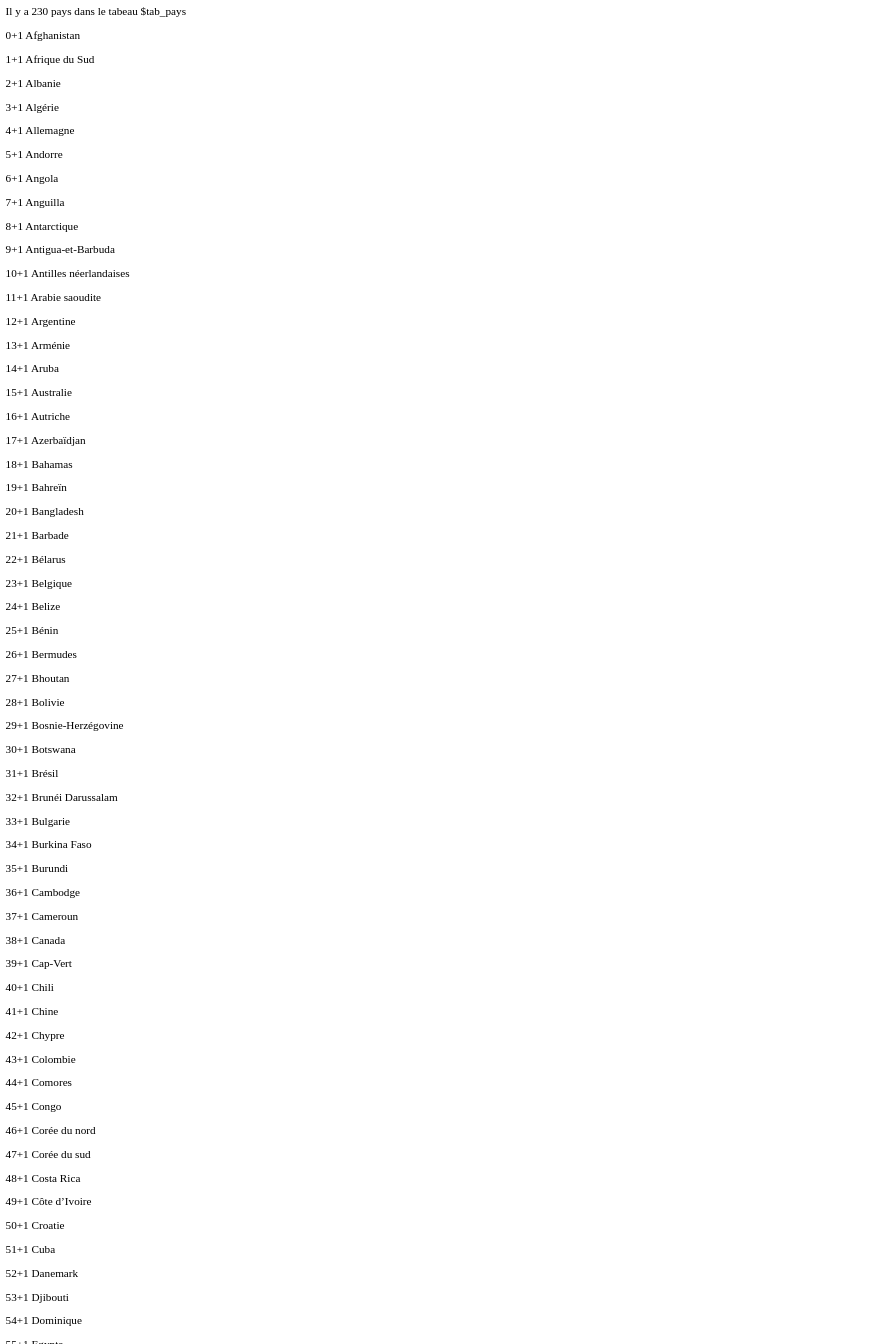
Repository: WebDevCF2m2021/base-php-2021
Page: http://localhost/07-for-sur-tableau.php
The author's editor kept a copy of each file at every save. The page is drawn from the files as they stood at one save, then again after the next save.
The browser window is 1280 px wide. The pictures show the part of the page from y = 0 to 1920 px (the page is 7862 px tall), at 70% of full size.
The page is run by PHP 8.4 with error messages shown; the project is at /var/www/html/.

Above is the page before, as saved 2021-07-07 12:09:19.

After the next save:
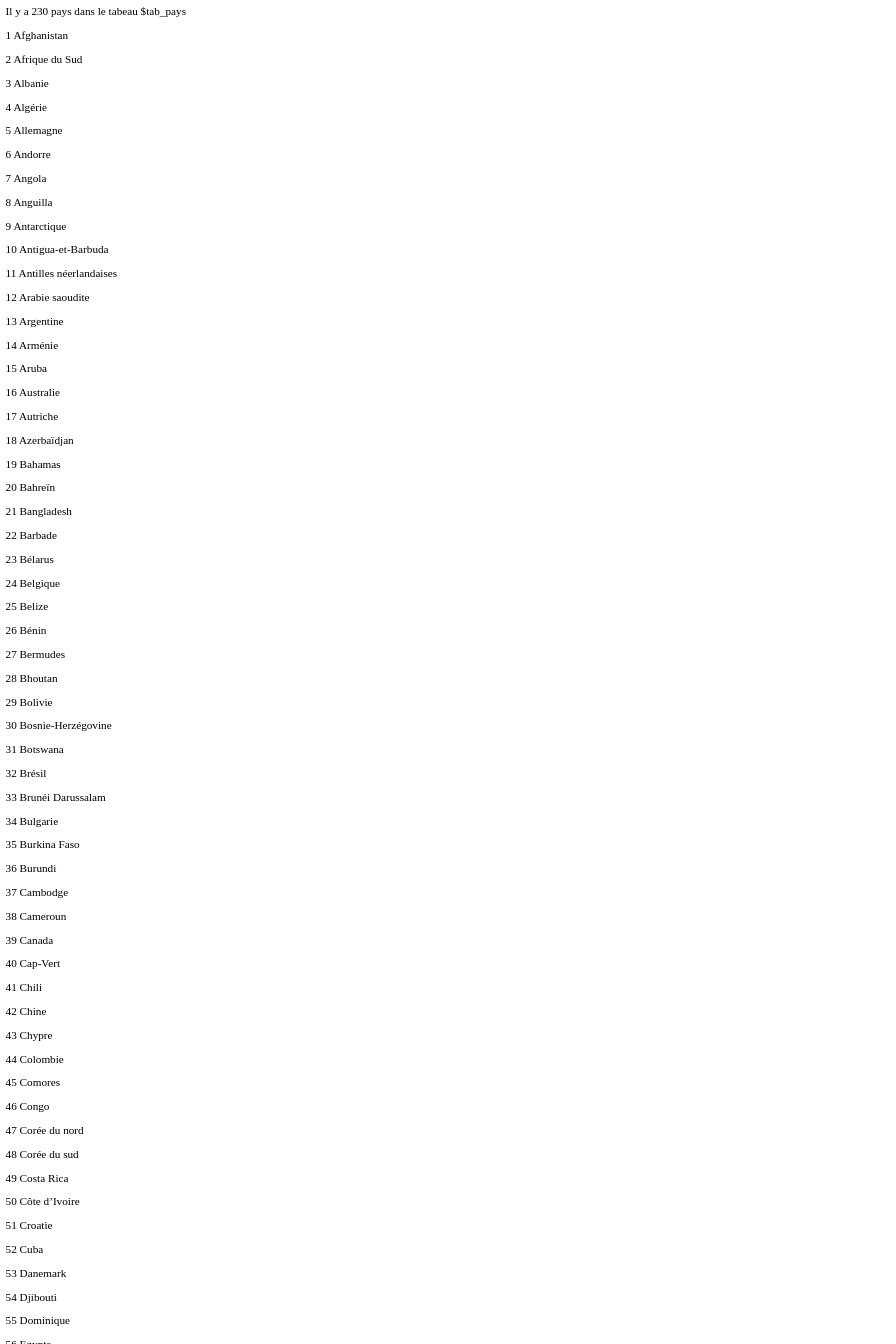
Saved 38 s later.
--- a/07-for-sur-tableau.php
+++ b/07-for-sur-tableau.php
@@ -9,5 +9,7 @@ $numberOfCountries = count($tab_pays);
 echo "<p>Il y a $numberOfCountries".' pays dans le tabeau $tab_pays</p>';
 
 for ($n=0;$n<$numberOfCountries;$n++){
-    echo "<p>"."$n+1"." $tab_pays[$n]</p>";
+    echo "<p>";
+    echo $n+1;
+    echo "$tab_pays[$n]</p>";
 }
